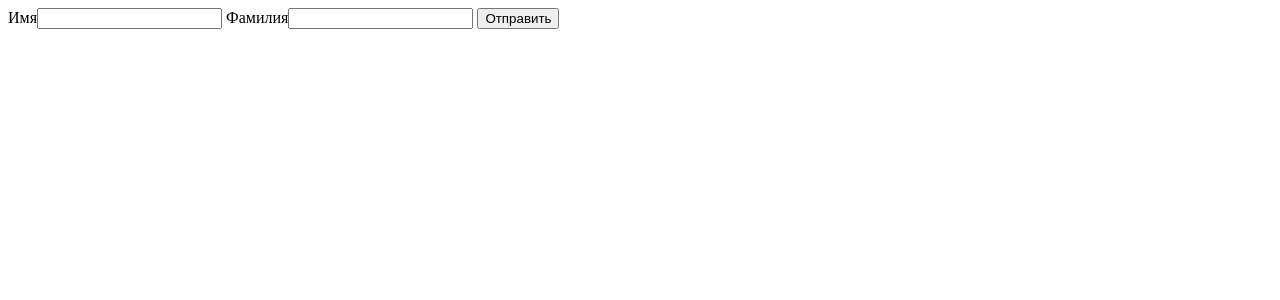
Repository: Marat1988/ExampleProgrammingLanguage
Page: Java/JavaEE/WebApp/src/main/webapp/NewFile.html
These files come from the project's save history. The page is drawn as it stood at one moment and after the next save; the edit follows.
The browser window is 1280 px wide. The pictures show the whole page.

Above is the page before, as saved 2023-08-16 11:24:30.

### Java/JavaEE/WebApp/src/main/webapp/NewFile.html
<!DOCTYPE html>
<html>
<head>
<meta charset="UTF-8">
<title>My title</title>
</head>
<body>
	<form method="POST" action="MyServlet">
		Имя<input type="text" name="firstName">
		Фамилия<input type="text" name="secondName">
		<input type="submit" value="Отправить">
	</form>
</body>
</html>

After the next save:
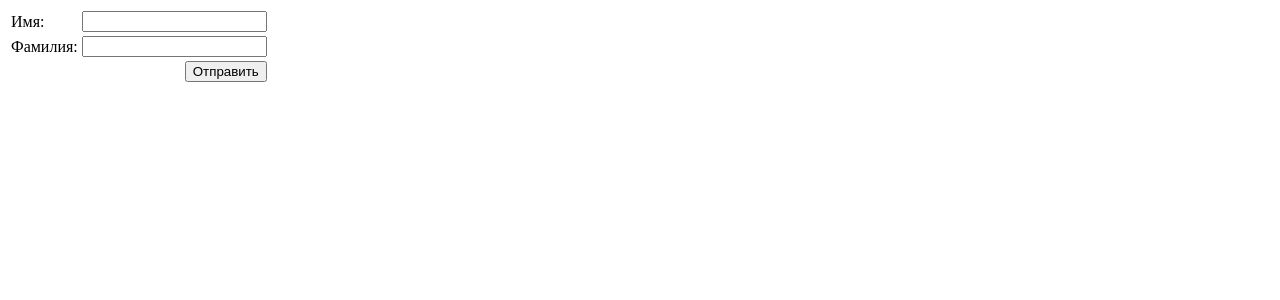
Saved 19 min 0 s later.
--- a/Java/JavaEE/WebApp/src/main/webapp/NewFile.html
+++ b/Java/JavaEE/WebApp/src/main/webapp/NewFile.html
@@ -2,13 +2,23 @@
 <html>
 <head>
 <meta charset="UTF-8">
-<title>My title</title>
+<title>Form params in JSP</title>
 </head>
 <body>
-	<form method="POST" action="MyServlet">
-		Имя<input type="text" name="firstName">
-		Фамилия<input type="text" name="secondName">
-		<input type="submit" value="Отправить">
+	<form method="GET" action="MyServlet">
+		<table>
+			<tr>
+				<td>Имя:</td>
+				<td><input type="text" name="firstName"></td>
+			</tr>
+			<tr>
+				<td>Фамилия:</td>
+				<td><input type="text" name="secondName"></td>
+			</tr>
+			<tr>
+				<td align="right" colspan="2"><input type="submit" value="Отправить"></td>
+			</tr>
+		</table>
 	</form>
 </body>
 </html>
